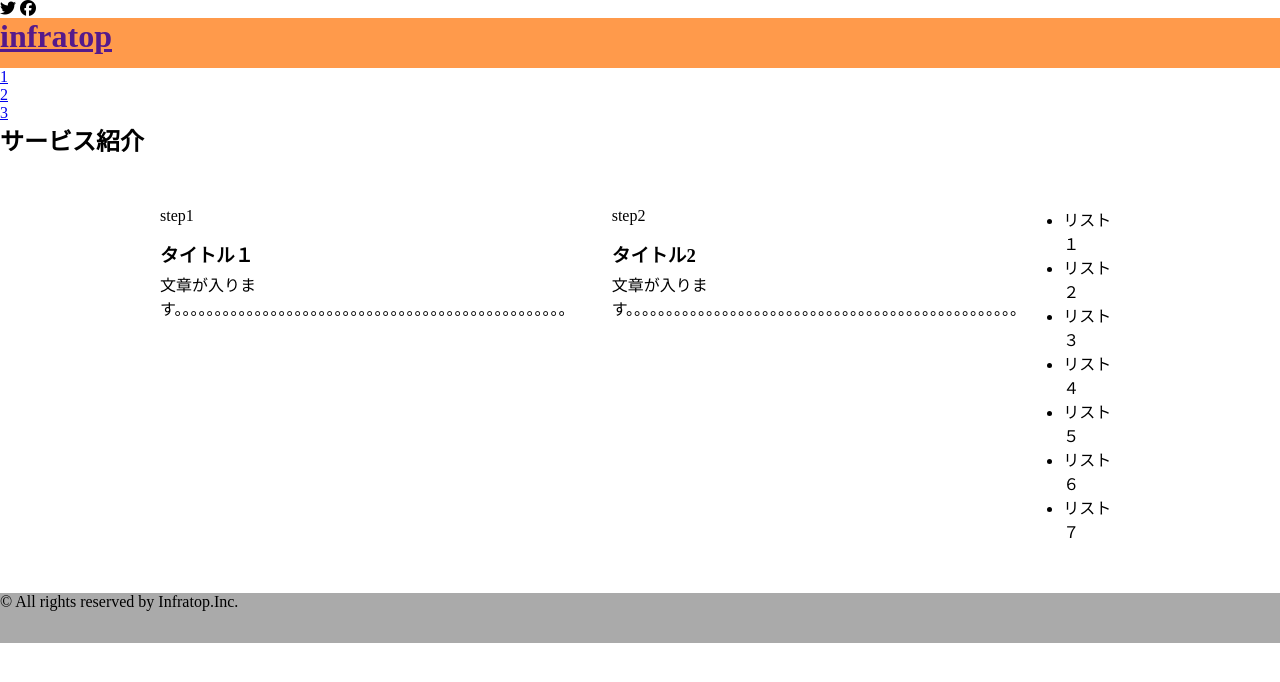
Repository: yymmyymm/review-sub1
Page: caravan2/index2.html
The author's editor kept a record of every edit. The page is drawn from the files as they stood at one moment, then again after the next edit.
The browser window is 1280 px wide. The pictures show the whole page.
Some web libraries are served in a nearby version.

Above is the page before.

After the next edit:
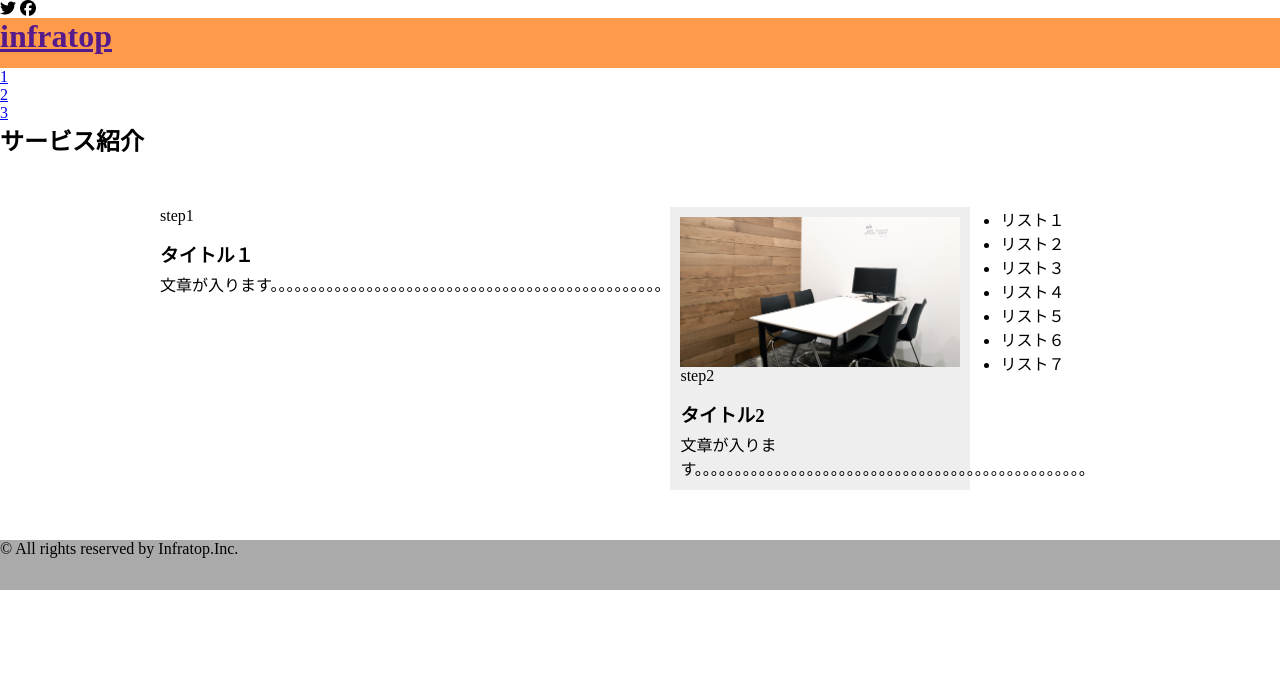
The edit:
--- a/caravan2/index2.html
+++ b/caravan2/index2.html
@@ -60,9 +60,9 @@
       </p>
     </div>
 
-    <div class="step box">
-      <div class="step img1"></div>
-      <span clss="step num">step2</span>
+    <div class="step-box">
+      <div class="step-img2"></div>
+      <span clss="step-num">step2</span>
       <h3 class="title">タイトル2</h3>
       <p class="text">
         文章が入ります。。。。。。。。。。。。。。。。。。。。。。。。。。。。。。。。。。。。。。。。。。。。。。。。。
